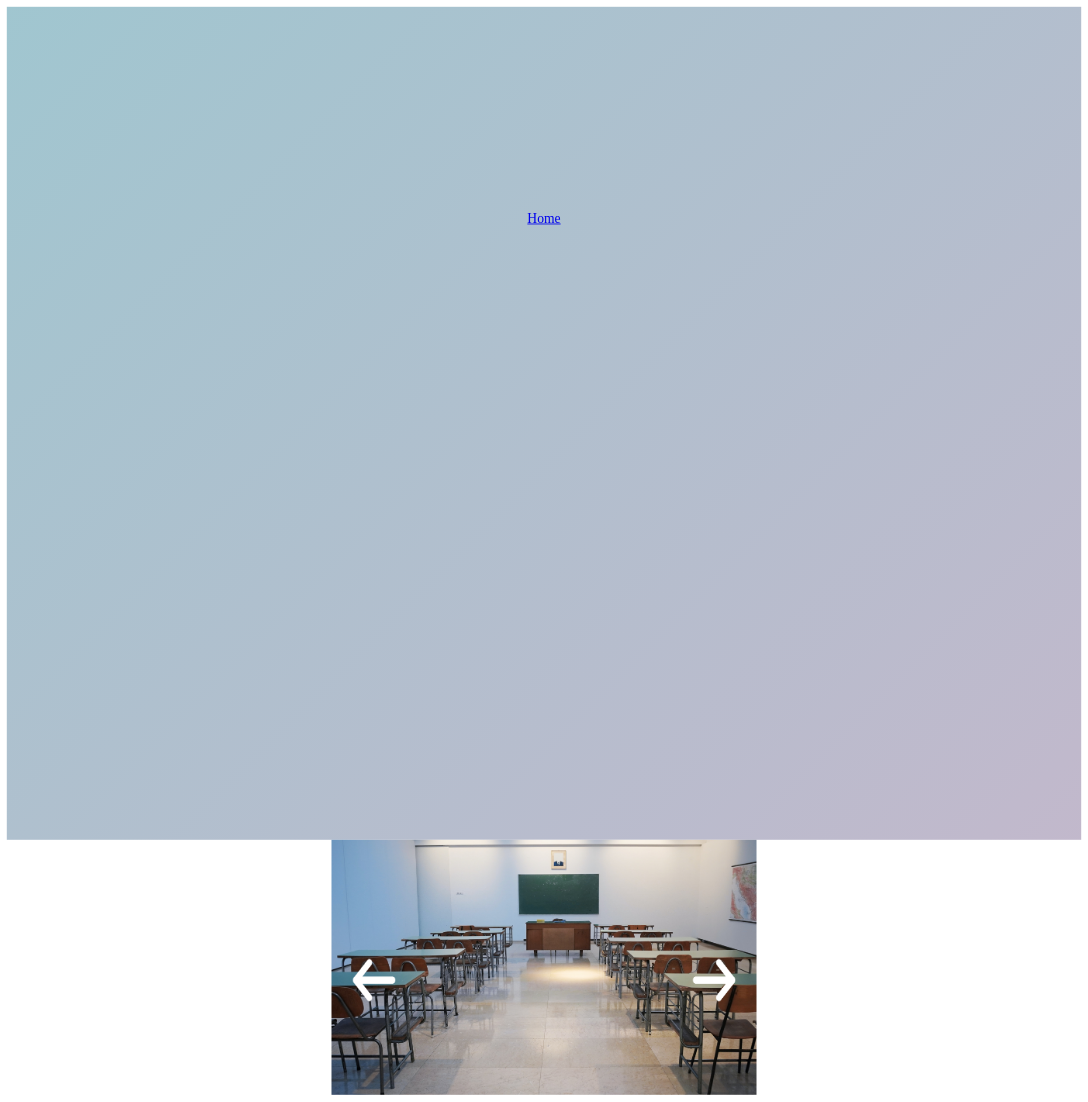
Repository: jjennbui/class8
Page: /carouselPage
An editor plug-in stored every save of this project. The page is shown before and after a run of saves, followed by the edit.
The browser window is 1280 px wide. The pictures show the whole page, at 85% of full size.
The project was rebuilt for these pictures with package versions that can differ from the ones it lists, and the page was loaded fresh each time. The framework's server and built-in components were replaced by stand-ins that run in the browser. Also part of the build but not shown: next.config.js, styles/carouselPage.module.css.

Above is the page before, as saved 2023-02-20 18:30:38.

### pages/carouselPage.js
import Link from "next/link";
import Carousel from "@/components/carousel";
import styles from '@/styles/Home.module.css'

export default function CarouselPage(){
    return(
        <>
        <Link className={styles.main} href="/">Home</Link>
        <Carousel/>
        </>
    )
}

### styles/globals.css
:root {

}

### components/carousel/index.js
import Image from "next/image"
import { useState } from "react"
import styles from '@/components/carousel/carousel.module.css'


export default function Carousel() {
    const [img, setImg] = useState(0);

    const changeImage = (change) => {
        if (change == "backward") {
            setImg(img - 1);

            if (img == 0) {
                setImg(5);
            }
            console.log(img);
        } else if (change == "forward") {
            setImg(img + 1);
            if (img == 5) {
                setImg(0)
            }
            console.log(img)
        }

    }

    return (
        <>
    <div className={styles.main}>
            <div style={{
                backgroundImage: "url(/carousel-images/" + img + ".jpg)",
                backgroundSize: 'cover',
                backgroundRepeat: "no-repeat",
                width: 500,
                height: 300
            }}>

                <div className={styles.btn}>

                <Image
                    src={"/icons/leftArrow.png"}
                    alt={"/icons/leftArrow.png"}
                    width={50}
                    height={50}
                    onClick={() => changeImage("backward")}
                />

                <Image
                    src={"/icons/rightArrow.png"}
                    alt={"/icons/rightArrow.png"}
                    width={50}
                    height={50}
                    onClick={() => changeImage("forward")}
                />
                </div>

            </div>
            </div>
        </>
    )
}

### styles/Home.module.css
.main {

  display: flex;
  flex-direction: column;
  justify-content: space-between;
  align-items: center;
  padding: 15rem;
  min-height: 40vh;
  height: 500px;
  background-attachment: fixed;
  background: linear-gradient(-45deg, #eaa8c7, #96cad1, #ce96d7);
  background-size: 500% 500%;
  animation: gradient-bg 20s ease infinite;
}

@keyframes gradient-bg {
  0% {
    background-position: 0% 50%;
  }
  50% {
    background-position: 100% 50%;
  }
  100% {
    background-position: 0% 50%;
  }
  }

.text{
  color: white;
  text-decoration: none;
  font-family: Arial, Helvetica, sans-serif;
  font-weight: bold;
  background-color: rgb(230, 155, 168);
  padding: 15px;
  border-radius: 10px;

}

### components/carousel/carousel.module.css
.btn{
    display: flex;
    justify-content: center;
    position: relative;
    top: 140px;
    gap: 350px;


}

.main{
    display: flex;
    justify-content: center;
}

Loaded but not shown: pages/_app.js (common file); pages/_document.js (common file)

After the next 3 saves:
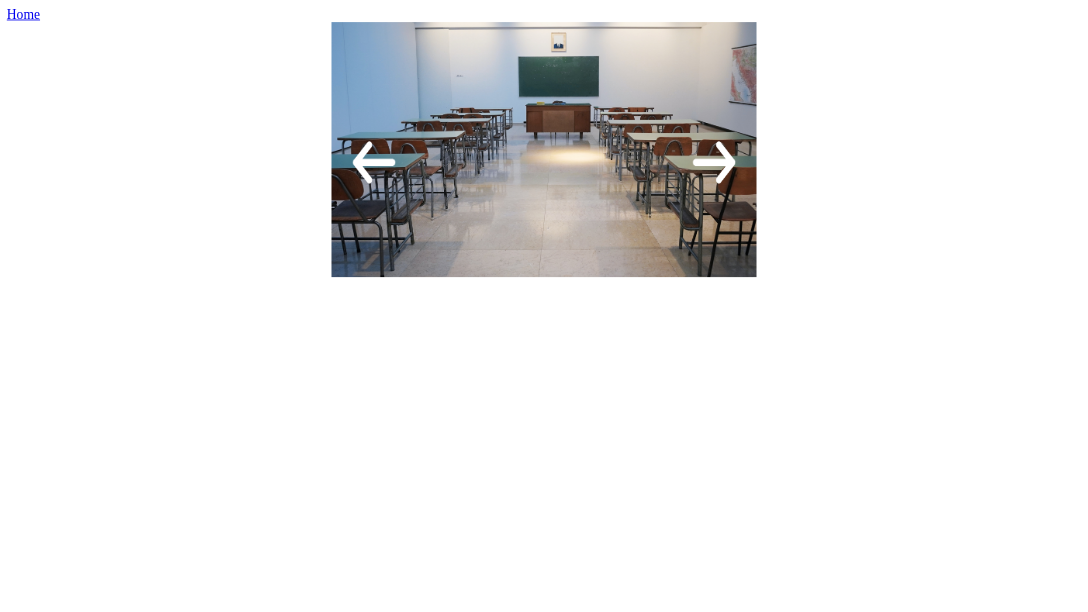
The 3 saves are shown as one change because they came seconds apart.
The last was saved 9 s later.
--- a/pages/carouselPage.js
+++ b/pages/carouselPage.js
@@ -1,6 +1,6 @@
 import Link from "next/link";
 import Carousel from "@/components/carousel";
-import styles from '@/styles/Home.module.css'
+import styles from '@/styles/carouselPage.module.css'
 
 export default function CarouselPage(){
     return(
